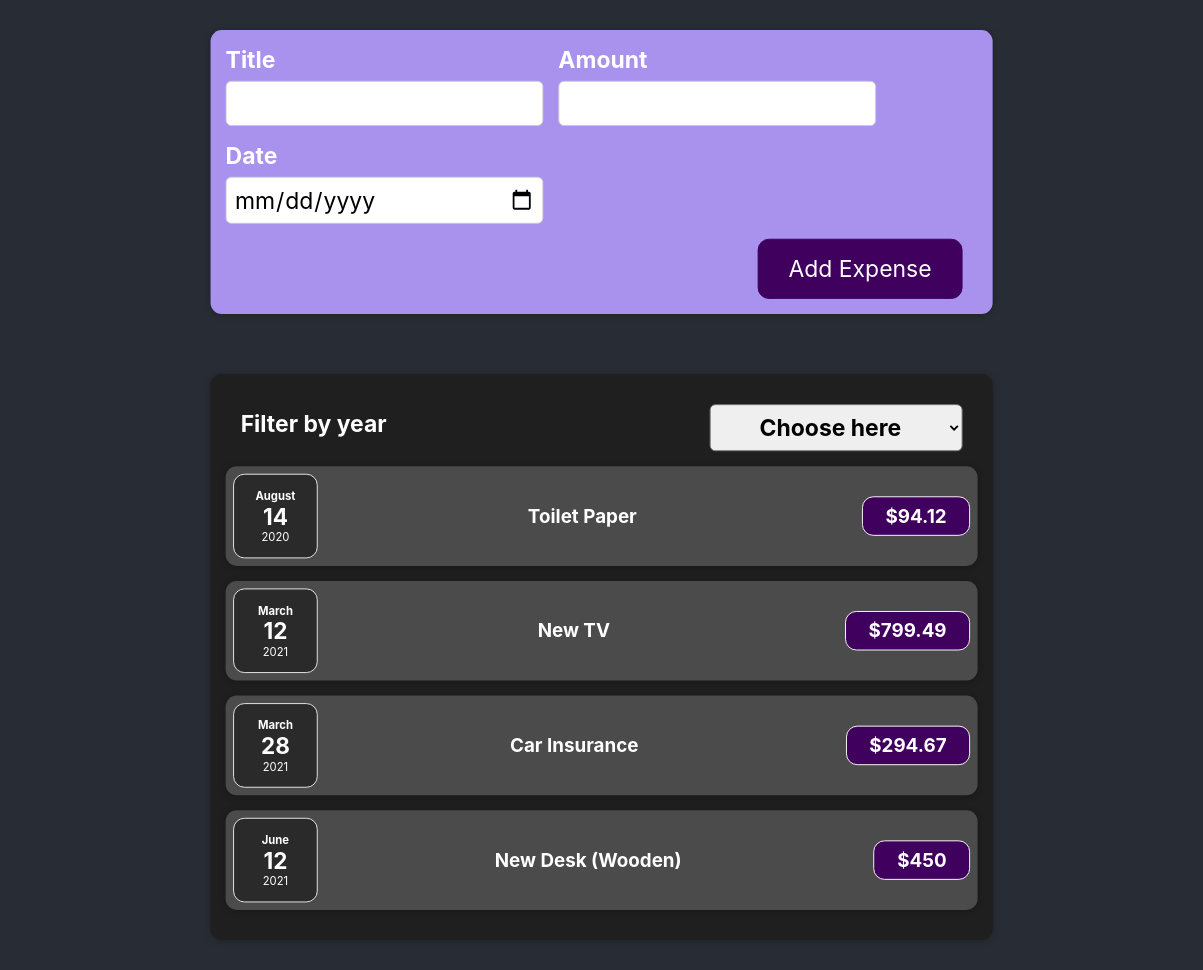
Repository: pakiam/react-demo-1
Page: /
These files come from the project's save history. The page is drawn as it stood at one moment and after the next save; the edit follows.
The browser window is 1280 px wide. The pictures show the whole page, at 94% of full size.
The project was rebuilt for these pictures with package versions that can differ from the ones it lists, and the page was loaded fresh each time.

Above is the page before, as saved 2022-03-08 14:34:25.

After the next save:
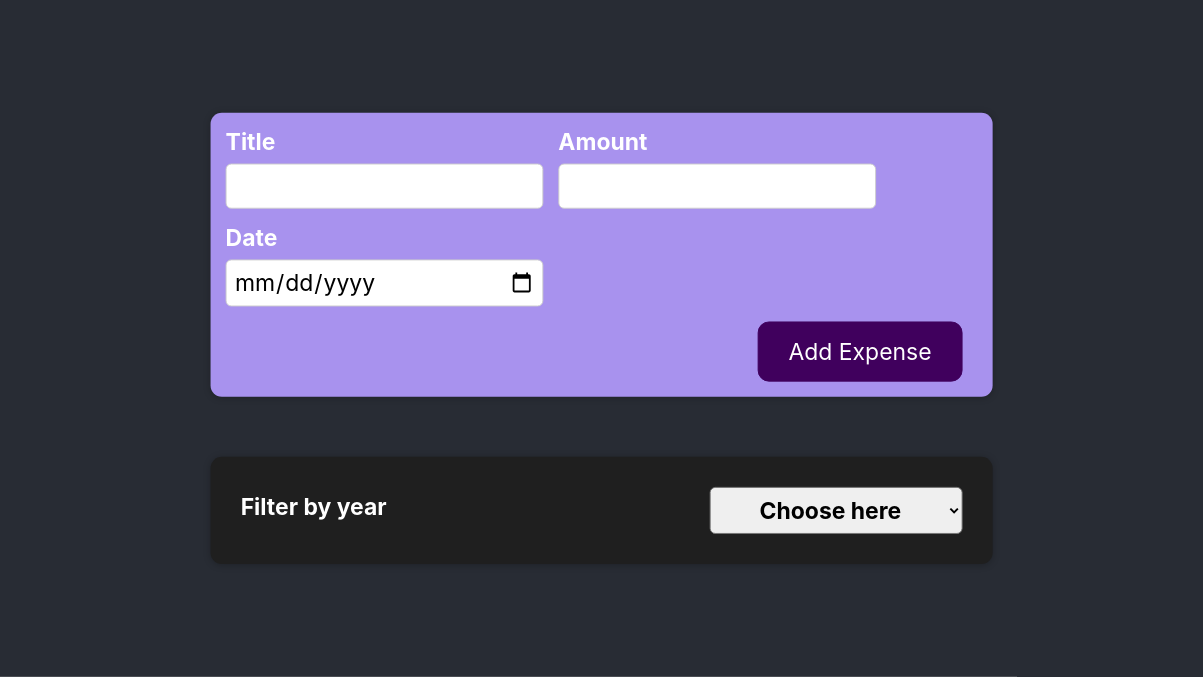
Saved 12 min 16 s later.
--- a/src/components/Expenses/Expenses.js
+++ b/src/components/Expenses/Expenses.js
@@ -6,20 +6,26 @@
 import Card from '../UI/Card'
 
 function Expenses(props) {
-  const [localItems, setLocalItems] = useState(props.items)
+  const [filteredYear, setFilteredYear] = useState(new Date().getFullYear().toString())
+  // const [localItems, setLocalItems] = useState(props.items)
+
+  const filteredItems = props.items.filter(item => {
+    return new Date(item.date).getFullYear().toString() === filteredYear
+  })
 
   function onChangeFilter (selectedYear) {
-    if (!selectedYear) return setLocalItems(props.items)
-    const filteredItems = props.items.filter(item => {
-      return new Date(item.date).getFullYear().toString() === selectedYear
-    })
-    setLocalItems(filteredItems)
+    setFilteredYear(selectedYear)
+    // if (!selectedYear) return setLocalItems(props.items)
+    // const filteredItems = props.items.filter(item => {
+    //   return new Date(item.date).getFullYear().toString() === selectedYear
+    // })
+    // setLocalItems(filteredItems)
   }
 
   return (
     <Card className="expenses">
       <ExpensesFilter onChangeFilter={onChangeFilter}/>
-      {localItems.map(expense => <ExpenseItem key={expense.id} title={expense.title} amount={expense.amount} date={expense.date} />)}
+      {filteredItems.map(expense => <ExpenseItem key={expense.id} title={expense.title} amount={expense.amount} date={expense.date} />)}
     </Card>
   )
 }
